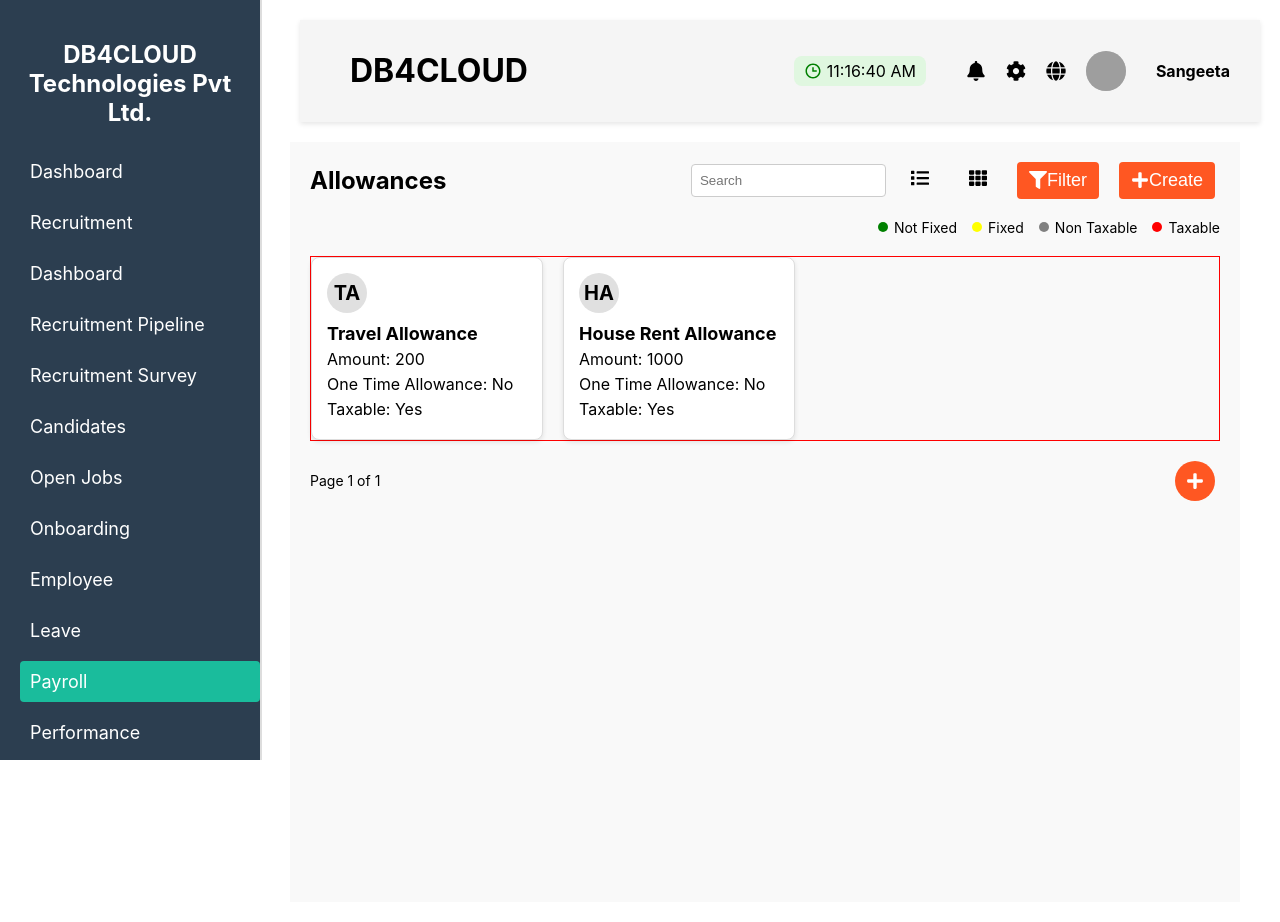
Repository: tinu-ns/Dev-code
Page: /payroll/allowances (app in HRMS-DEMO-Sang/hrms/)
These files come from the project's save history. The page is drawn as it stood at one moment and after the next save; the edit follows.
The browser window is 1280 px wide. The pictures show the whole page.
Pictures or frames that could not be fetched are drawn as grey boxes. The project was rebuilt for these pictures with package versions that can differ from the ones it lists, and the page was loaded fresh each time. Also part of the build but not shown: HRMS-DEMO-Sang/hrms/src/components/Dashboard.js, HRMS-DEMO-Sang/hrms/src/components/Recruitment/RecruitmentDashboard.js, HRMS-DEMO-Sang/hrms/src/components/Recruitment/RecruitmentPipeline.js, HRMS-DEMO-Sang/hrms/src/components/Payroll/Contract.js, HRMS-DEMO-Sang/hrms/src/components/Payroll/Deductions.js, HRMS-DEMO-Sang/hrms/src/components/Payroll/Payslips.js, HRMS-DEMO-Sang/hrms/src/components/Payroll/PayrollDashboard.js, HRMS-DEMO-Sang/hrms/src/components/MainContent.css and 3 more.

Above is the page before, as saved 2024-11-06 16:33:47.

After the next save:
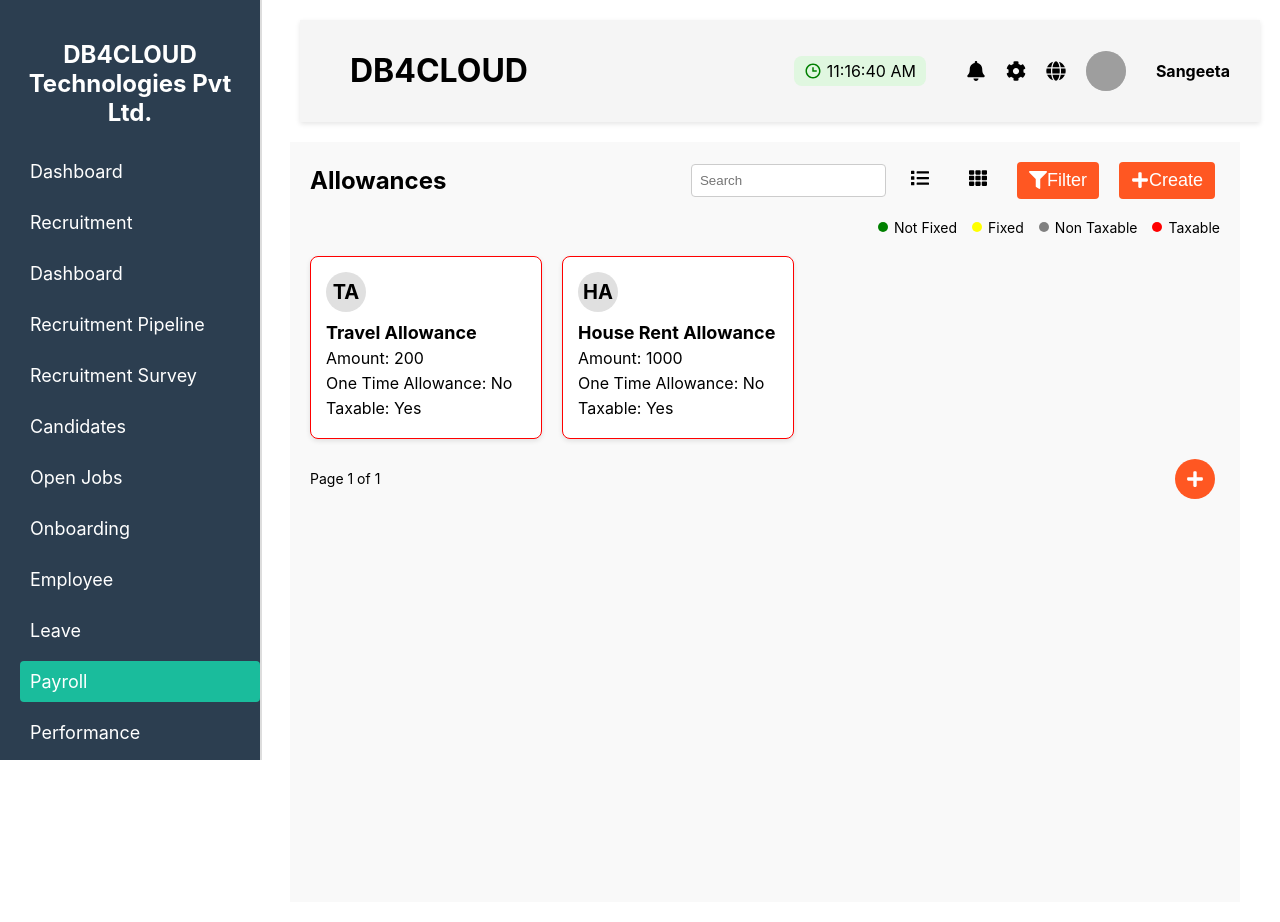
Saved 13 s later.
--- a/HRMS-DEMO-Sang/hrms/src/components/Payroll/Allowances.css
+++ b/HRMS-DEMO-Sang/hrms/src/components/Payroll/Allowances.css
@@ -89,7 +89,7 @@
     display: flex;
     gap: 20px;
     flex-wrap: wrap;
-    border: 1px solid red;
+
   }
 
   .allowance-card {
@@ -99,6 +99,7 @@
     padding: 15px;
     width: 200px;
     box-shadow: 0 2px 5px rgba(0, 0, 0, 0.1);
+    border: 1px solid red;
   }
 
   .card-icon {
